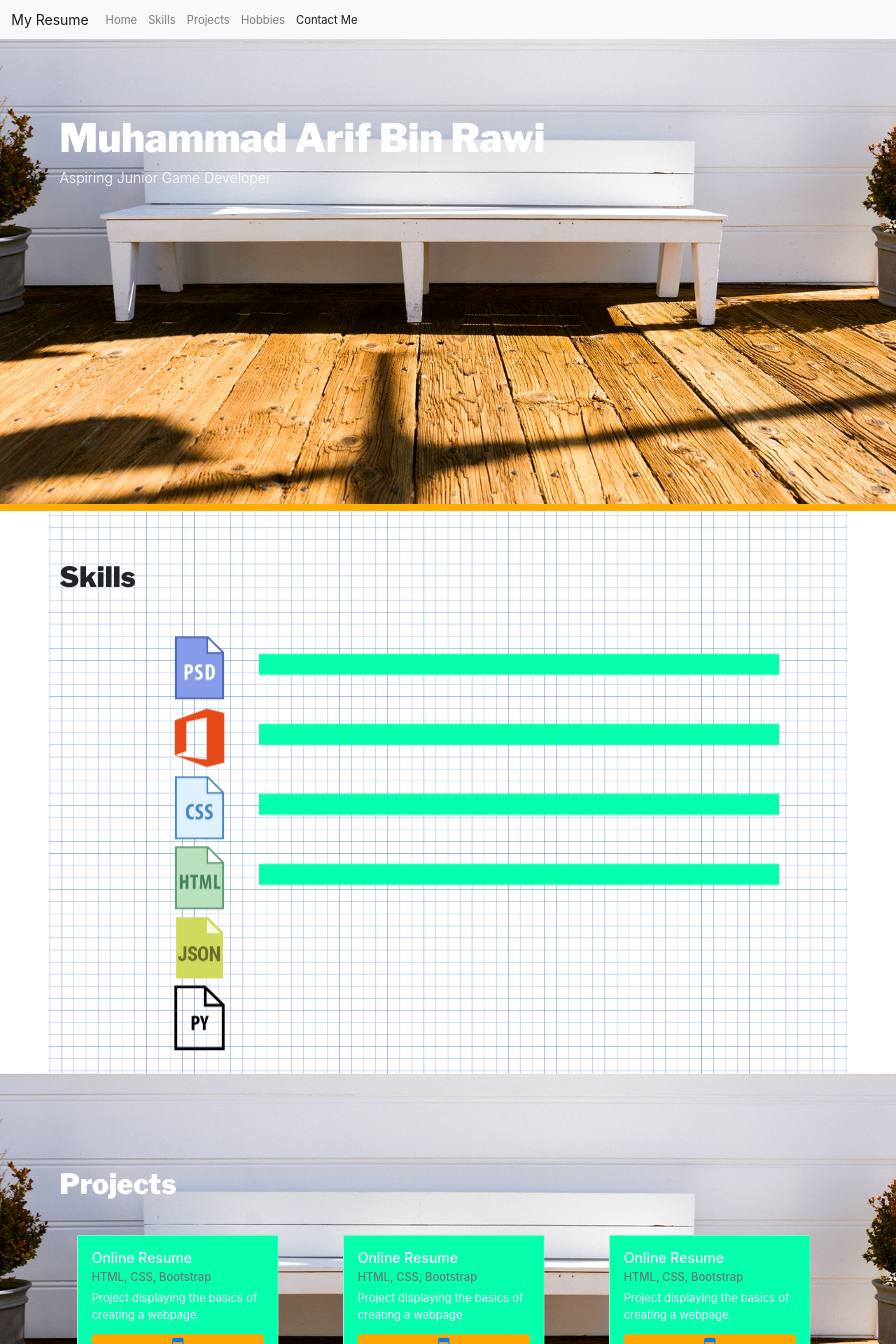
Repository: muhdarifrawi/resume-project
Page: index.html
The author's editor kept a record of every edit. The page is drawn from the files as they stood at one moment, then again after the next edit.
The browser window is 1280 px wide. The pictures show the part of the page from y = 0 to 1920 px (the page is 3769 px tall), at 70% of full size.
Some web libraries are served in a nearby version.

Above is the page before.

After the next edit:
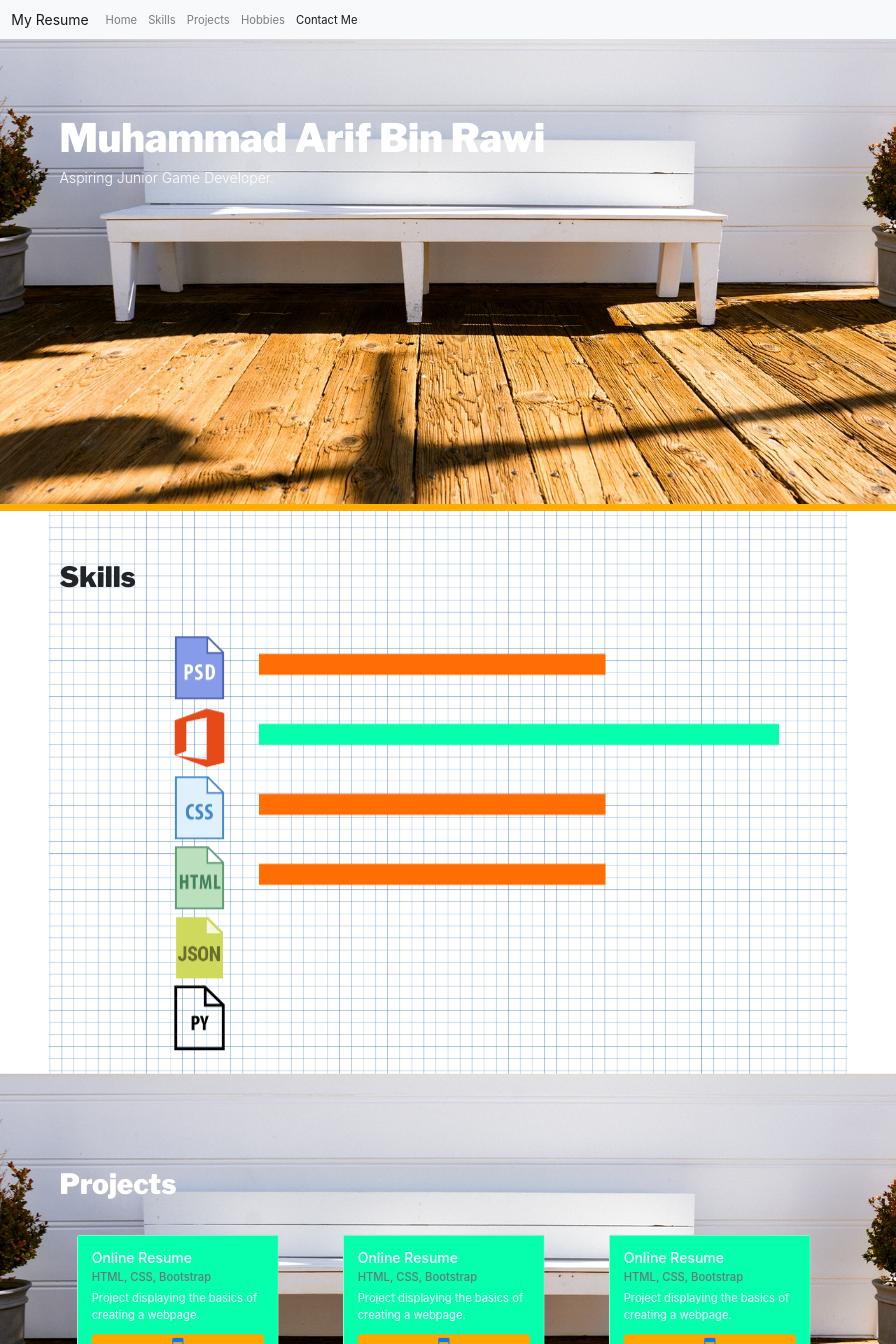
The edit:
--- a/style.css
+++ b/style.css
@@ -198,8 +198,8 @@
     }
 
     to{
-        width:90%;
-        background-color:rgb(5, 255, 172);
+        width:60%;
+        background-color:rgb(255, 109, 5);
 
     }
 
